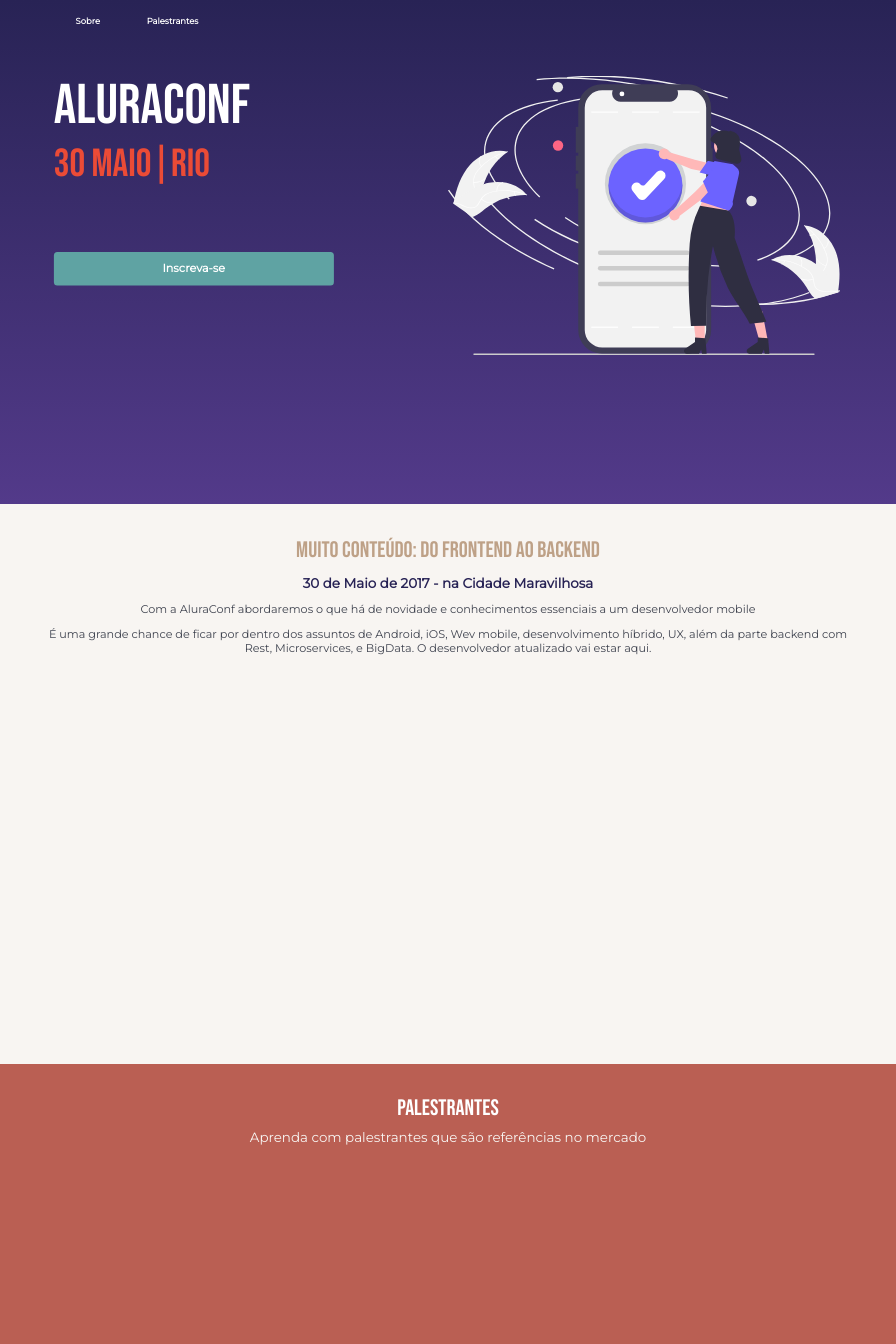
Repository: tomoliveira1/aluraconf
Page: index.html
The author's editor kept a copy of each file at every save. The page is drawn from the files as they stood at one save, then again after the next save.
The browser window is 1280 px wide. The pictures show the part of the page from y = 0 to 1920 px (the page is 2856 px tall), at 70% of full size.

Above is the page before, as saved 2021-10-12 21:09:35.

After the next save:
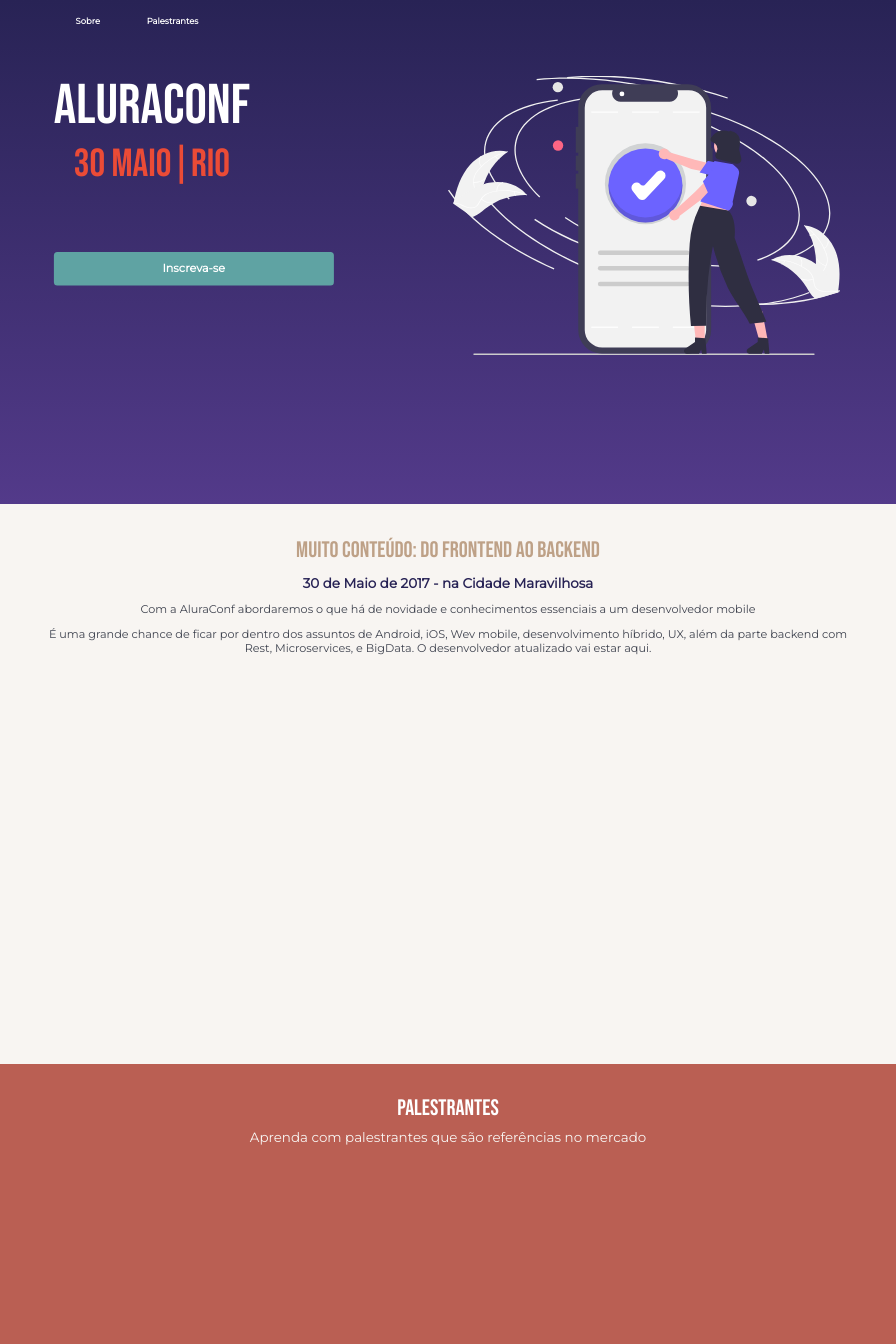
Saved 54 s later.
--- a/index.html
+++ b/index.html
@@ -32,8 +32,10 @@
         </ul>
       </nav>
 
-      <h1 class="header_title">AluraConf</h1>
-      <h1 class="header_subtitle">30 Maio|Rio</h1>
+      <div class="header_text">
+        <h1 class="header_title">AluraConf</h1>
+        <h1 class="header_subtitle">30 Maio|Rio</h1>
+      </div>
 
       <a class="header_button button" href="#">Inscreva-se</a>
 
